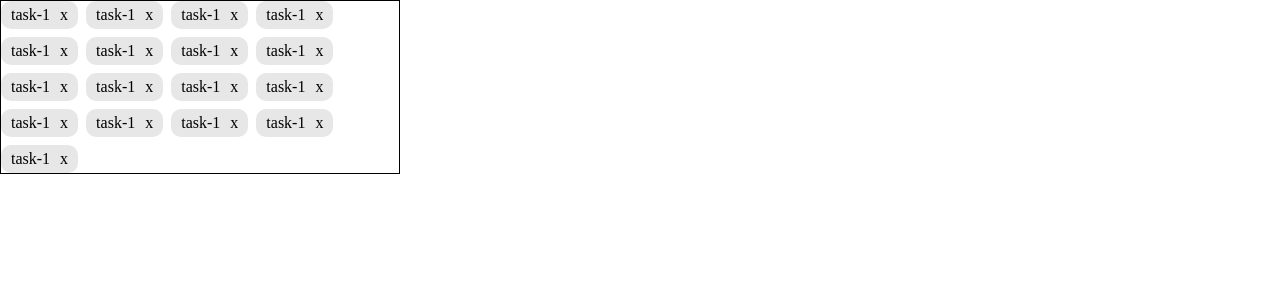
Repository: OkazakiTruong/selectOption
Page: /
An editor plug-in stored every save of this project. The page is shown before and after the next save, followed by the edit.
The browser window is 1280 px wide. The pictures show the whole page.
The project was rebuilt for these pictures with package versions that can differ from the ones it lists, and the page was loaded fresh each time. Also part of the build but not shown: vite.config.js.

Above is the page before, as saved 2024-01-17 21:03:51.

After the next save:
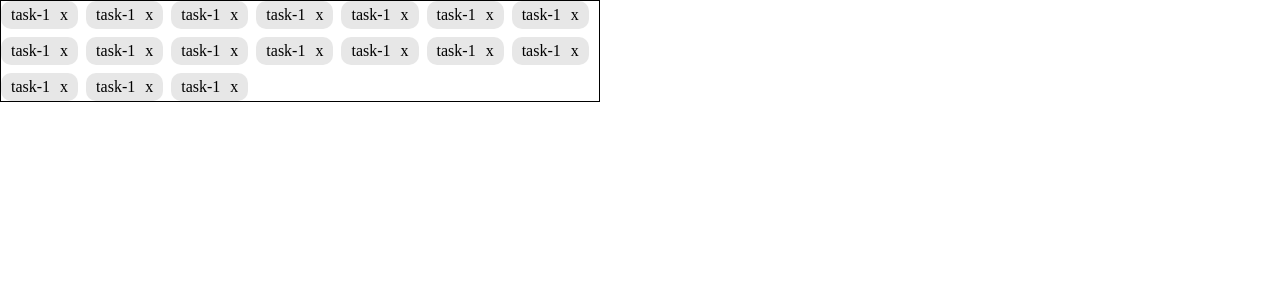
Saved 15 s later.
--- a/src/SelectBox/selectbox.css
+++ b/src/SelectBox/selectbox.css
@@ -1,7 +1,7 @@
 .select-input {
   display: flex;
   flex-wrap: wrap;
-  width: 400px;
+  width: 600px;
   border: 1px solid black;
   gap: 8px;
 }
